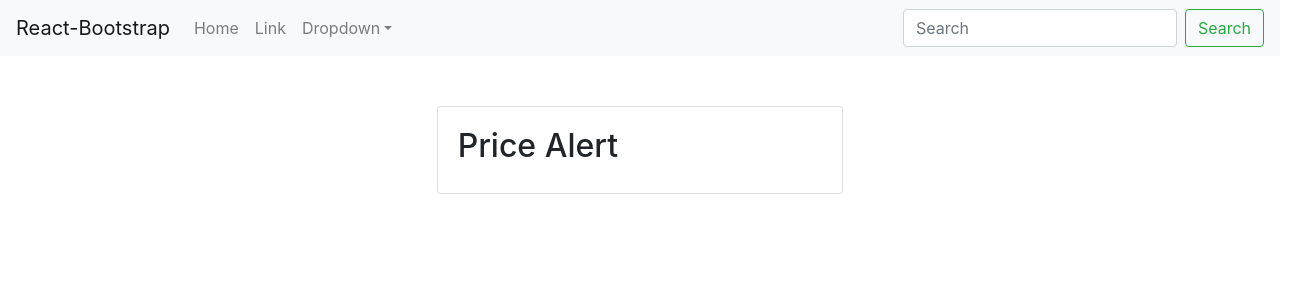
Repository: flychicken123/PriceAlertFront
Page: /
The author's editor kept a copy of each file at every save. The page is drawn from the files as they stood at one save, then again after the next save.
The browser window is 1280 px wide. The page is 1295 px wide, then 1280 px, then 1295 px, so the pictures cover 1295 px, including what lies to the right of the window. The pictures show the whole page.
The project was rebuilt for these pictures with package versions that can differ from the ones it lists, and the page was loaded fresh each time. Also part of the build but not shown: src/App.css.

Above is the page before, as saved 2021-03-05 16:36:46.

### public/index.html
<!DOCTYPE html>
<html lang="en">
  <head>
    <meta charset="utf-8" />
    <link rel="icon" href="%PUBLIC_URL%/favicon.ico" />
    <meta name="viewport" content="width=device-width, initial-scale=1" />
    <meta name="theme-color" content="#000000" />
    <meta
      name="description"
      content="Web site created using create-react-app"
    />
    <link rel="apple-touch-icon" href="%PUBLIC_URL%/logo192.png" />
    <!--
      manifest.json provides metadata used when your web app is installed on a
      user's mobile device or desktop. See https://developers.google.com/web/fundamentals/web-app-manifest/
    -->
    <link rel="manifest" href="%PUBLIC_URL%/manifest.json" />
    <link
  rel="stylesheet"
  href="https://cdn.jsdelivr.net/npm/bootstrap@4.6.0/dist/css/bootstrap.min.css"
  integrity="sha384-B0vP5xmATw1+K9KRQjQERJvTumQW0nPEzvF6L/Z6nronJ3oUOFUFpCjEUQouq2+l"
  crossorigin="anonymous"
/>
    <!--
      Notice the use of %PUBLIC_URL% in the tags above.
      It will be replaced with the URL of the `public` folder during the build.
      Only files inside the `public` folder can be referenced from the HTML.

      Unlike "/favicon.ico" or "favicon.ico", "%PUBLIC_URL%/favicon.ico" will
      work correctly both with client-side routing and a non-root public URL.
      Learn how to configure a non-root public URL by running `npm run build`.
    -->
    <title>React App</title>
  </head>
  <body>
    <noscript>You need to enable JavaScript to run this app.</noscript>
    <div id="root"></div>
    <!--
      This HTML file is a template.
      If you open it directly in the browser, you will see an empty page.

      You can add webfonts, meta tags, or analytics to this file.
      The build step will place the bundled scripts into the <body> tag.

      To begin the development, run `npm start` or `yarn start`.
      To create a production bundle, use `npm run build` or `yarn build`.
    -->
  </body>
</html>

### src/App.js
import logo from './logo.svg';
import './App.css';
import { BrowserRouter as Router, Switch, Route } from 'react-router-dom';
import TopNavbar from './components/TopNavbar';
import Home from './components/Home';
const App = () => {
  return (
    <Router>
      <TopNavbar />
      <Switch>
        <Route path='/' component={Home} />
      </Switch>
    </Router>
  )
}

export default App;

### src/components/TopNavbar.jsx
import React, { Component } from 'react';
import { Button, Navbar, Nav, NavDropdown, Form, FormControl } from "react-bootstrap";
const TopNavbar = () => {
    return (
        <Navbar bg="light" expand="lg">
            <Navbar.Brand href="#home">React-Bootstrap</Navbar.Brand>
            <Navbar.Toggle aria-controls="basic-navbar-nav" />
            <Navbar.Collapse id="basic-navbar-nav">
                <Nav className="mr-auto">
                    <Nav.Link href="#home">Home</Nav.Link>
                    <Nav.Link href="#link">Link</Nav.Link>
                    <NavDropdown title="Dropdown" id="basic-nav-dropdown">
                        <NavDropdown.Item href="#action/3.1">Action</NavDropdown.Item>
                        <NavDropdown.Item href="#action/3.2">Another action</NavDropdown.Item>
                        <NavDropdown.Item href="#action/3.3">Something</NavDropdown.Item>
                        <NavDropdown.Divider />
                        <NavDropdown.Item href="#action/3.4">Separated link</NavDropdown.Item>
                    </NavDropdown>
                </Nav>
                <Form inline>
                    <FormControl type="text" placeholder="Search" className="mr-sm-2" />
                    <Button variant="outline-success">Search</Button>
                </Form>
            </Navbar.Collapse>
        </Navbar>
    )
};
export default TopNavbar

### src/components/Home.js
import React, { Component } from 'react';
import { Card, Row, Col } from 'react-bootstrap';
const Home = () => {
    return (
        <div className='mainControl'>
            <container>
                <Row>
                    <Col />
                    <Col>
                        <Card style={{ marginTop: 50, marginBottom: 50 }}>
                            <Card.Body><h2>Price Alert</h2></Card.Body>
                        </Card>
                    </Col>
                    <Col />
                </Row>


            </container>
        </div>
    )
}
export default Home;

Loaded but not shown: src/index.js (common file); src/index.css (common file); src/reportWebVitals.js (common file)

After the next save:
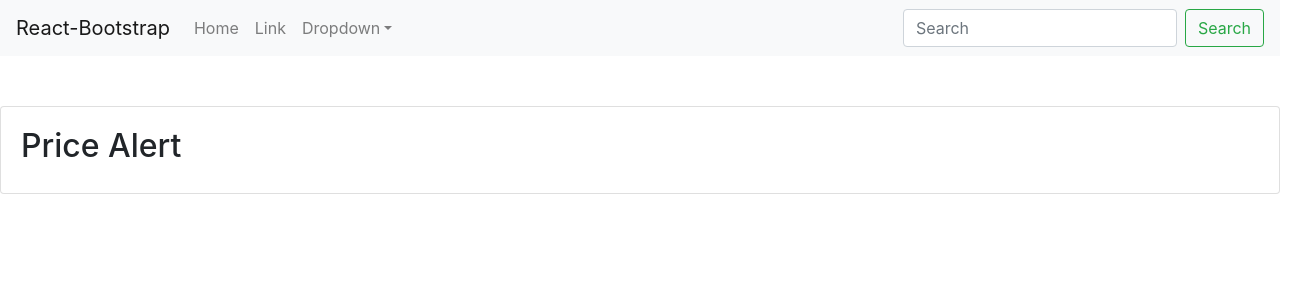
Saved 82 s later.
--- a/src/components/Home.js
+++ b/src/components/Home.js
@@ -4,15 +4,11 @@
     return (
         <div className='mainControl'>
             <container>
-                <Row>
-                    <Col />
-                    <Col>
-                        <Card style={{ marginTop: 50, marginBottom: 50 }}>
-                            <Card.Body><h2>Price Alert</h2></Card.Body>
-                        </Card>
-                    </Col>
-                    <Col />
-                </Row>
+
+                <Card style={{ marginTop: 50, marginBottom: 50 }}>
+                    <Card.Body><h2>Price Alert</h2></Card.Body>
+                </Card>
+
 
 
             </container>

After the save that followed:
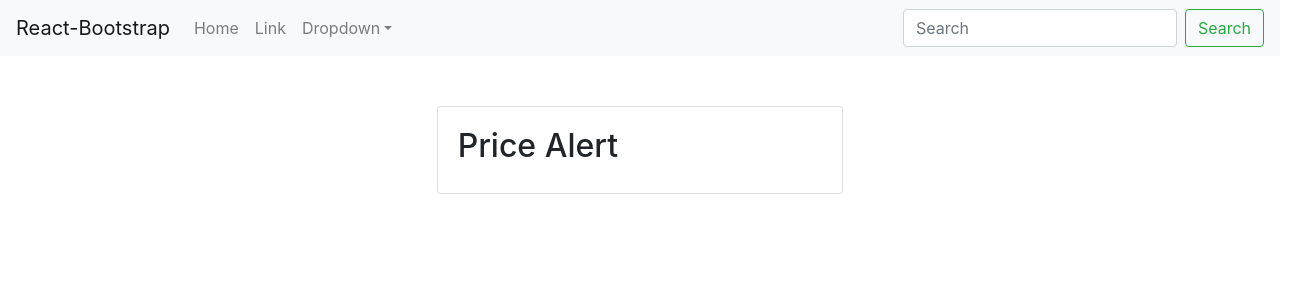
Saved 6 s later.
--- a/src/components/Home.js
+++ b/src/components/Home.js
@@ -4,11 +4,15 @@
     return (
         <div className='mainControl'>
             <container>
-
-                <Card style={{ marginTop: 50, marginBottom: 50 }}>
-                    <Card.Body><h2>Price Alert</h2></Card.Body>
-                </Card>
-
+                <Row>
+                    <Col />
+                    <Col>
+                        <Card style={{ marginTop: 50, marginBottom: 50 }}>
+                            <Card.Body><h2>Price Alert</h2></Card.Body>
+                        </Card>
+                    </Col>
+                    <Col />
+                </Row>
 
 
             </container>
